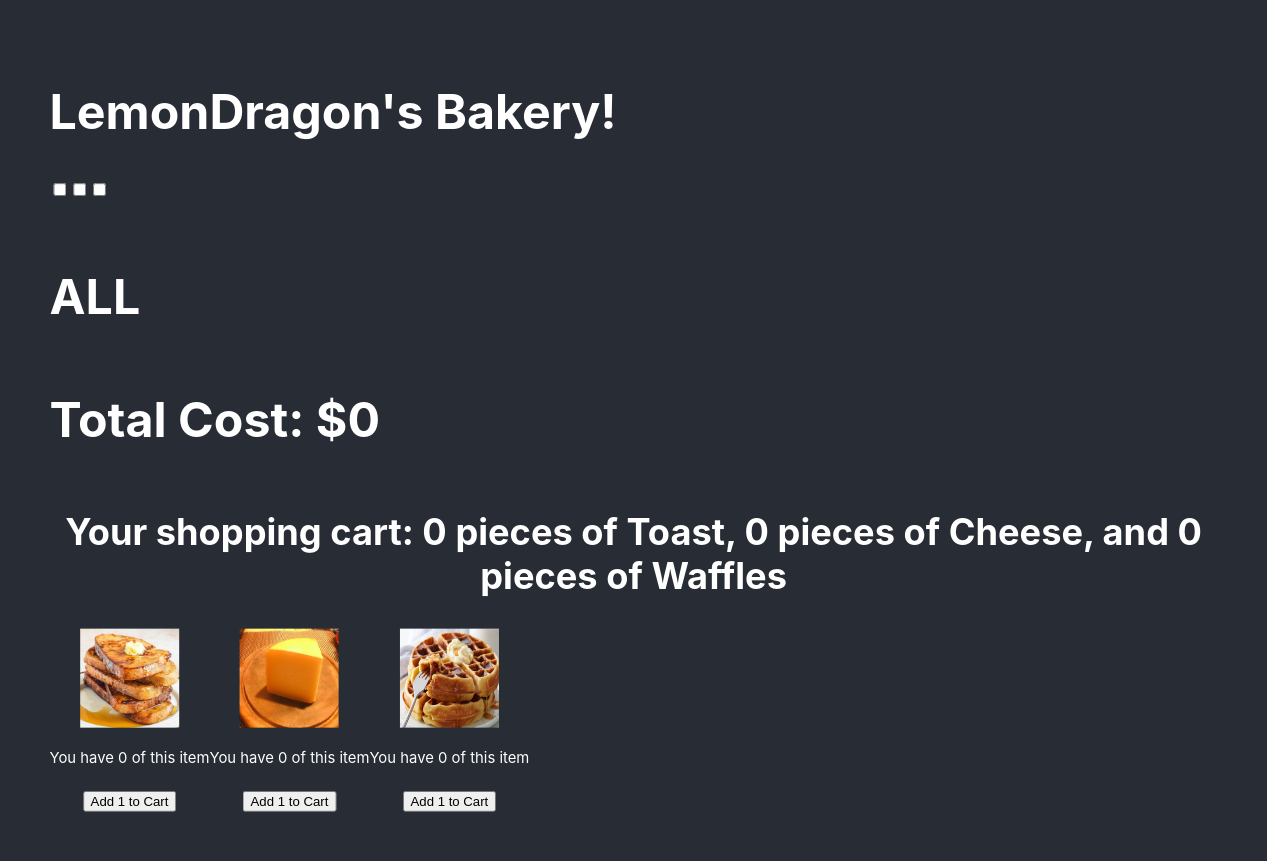
Repository: happydragon200/development
Page: /
An editor plug-in stored every save of this project. The page is shown before and after the next save, followed by the edit.
The browser window is 1280 px wide. The pictures show the whole page, at 99% of full size.
The project was rebuilt for these pictures with package versions that can differ from the ones it lists, and the page was loaded fresh each time.

Above is the page before, as saved 2022-12-02 00:44:21.

After the next save:
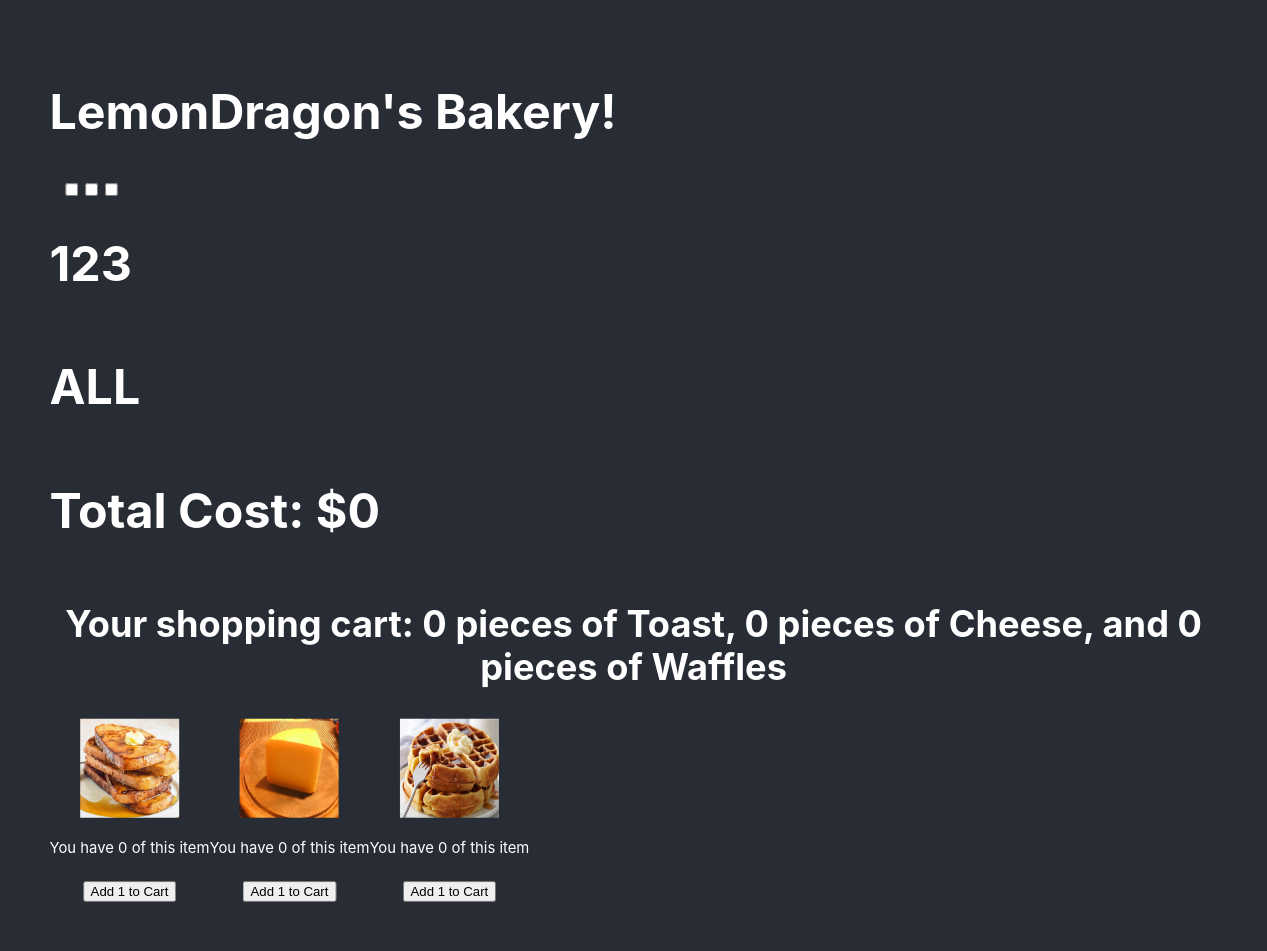
Saved 12 s later.
--- a/src/App.js
+++ b/src/App.js
@@ -25,7 +25,7 @@ function App() {
 function FilterBar() {
   // const { p1, p2 } = props
 
-  const [selected, changeSelected] = useState([])
+  const [selected, changeSelected] = useState([1, 2, 3])
 
   const breadButton = FilterButton(selected, changeSelected, "bread")
   const proteinButton = FilterButton(selected, changeSelected, "protein")
